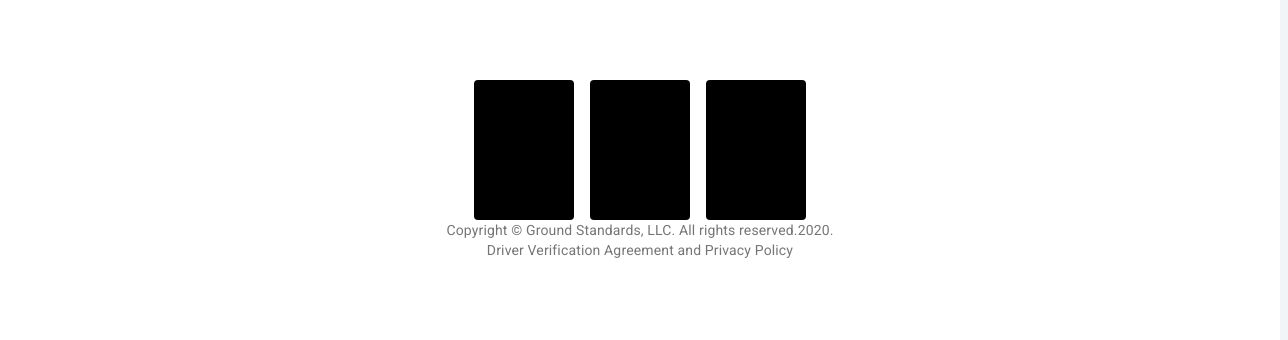
Repository: vinuvish/groundstandards_react
Page: /
The author's editor kept a copy of each file at every save. The page is drawn from the files as they stood at one save, then again after the next save.
The browser window is 1280 px wide. The page is 1288 px wide, so the pictures cover 1288 px, including what lies to the right of the window. The pictures show the part of the page from y = 3920 to 4620 px (the page is 4260 px tall before and 4620 px after).
The page's requests for data from a server got no answer. The project was rebuilt for these pictures with package versions that can differ from the ones it lists, and the page was loaded fresh each time. No one was signed in, and anything a server would have sent is missing. Also part of the build but not shown: src/pages/app/NotFoundPage.tsx, src/pages/app/SignUpPage.tsx, src/pages/app/AboutPage.tsx, src/pages/app/OurSolutionPage.tsx, src/pages/app/OurPartnerPage.tsx, src/pages/app/ResourcePage.tsx, src/pages/app/PressPage.tsx, src/pages/app/BlockPage.tsx and 1 more. Imported but missing from the stored project, and not drawn on this page: src/assets/video/video-2.mp4.

Above is the page before, as saved 2020-11-28 13:37:17.

After the next save:
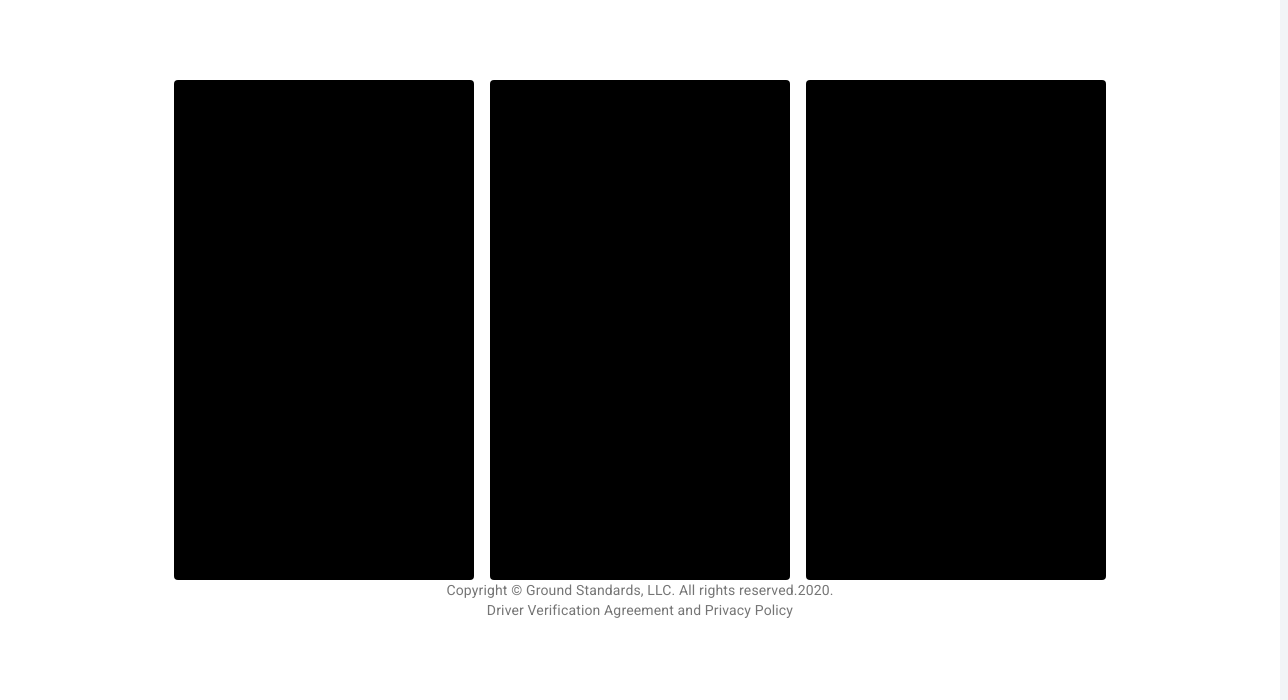
Saved 8 s later.
--- a/src/components/ZFooter.tsx
+++ b/src/components/ZFooter.tsx
@@ -174,7 +174,7 @@ const useStyles = makeStyles((theme) => ({
         alignItems: 'center',
     }, paper: {
         background: 'black',
-        height: 140,
-        width: 100,
+        height: 500,
+        width: 300,
     },
 }));
